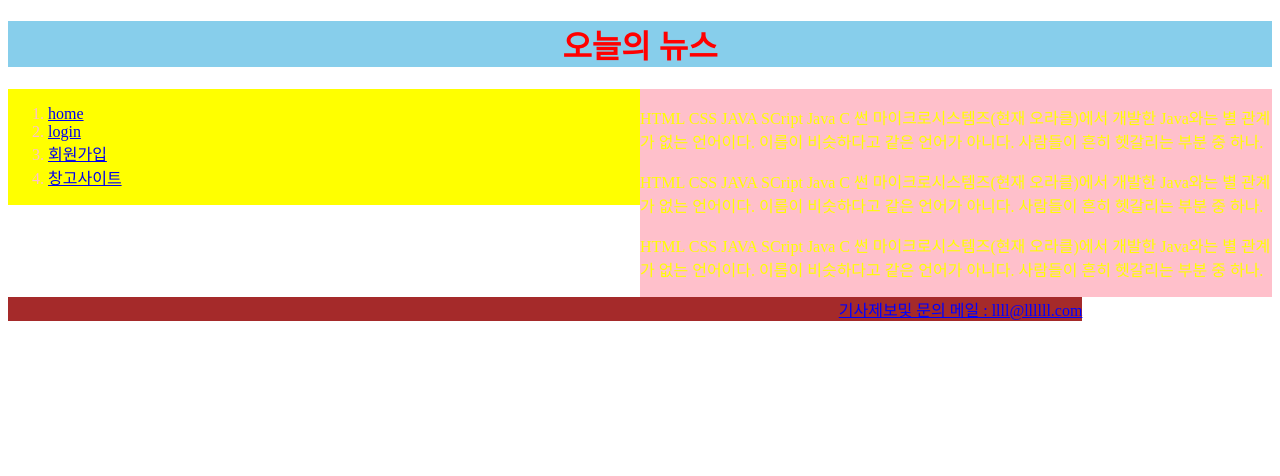
Repository: ssleap/multicampusIoT
Page: workspace190520/edu2/WebContent/test02.html
These files come from the project's save history. The page is drawn as it stood at one moment and after the next save; the edit follows.
The browser window is 1280 px wide. The pictures show the whole page.

Above is the page before, as saved 2019-05-22 06:55:53.

After the next save:
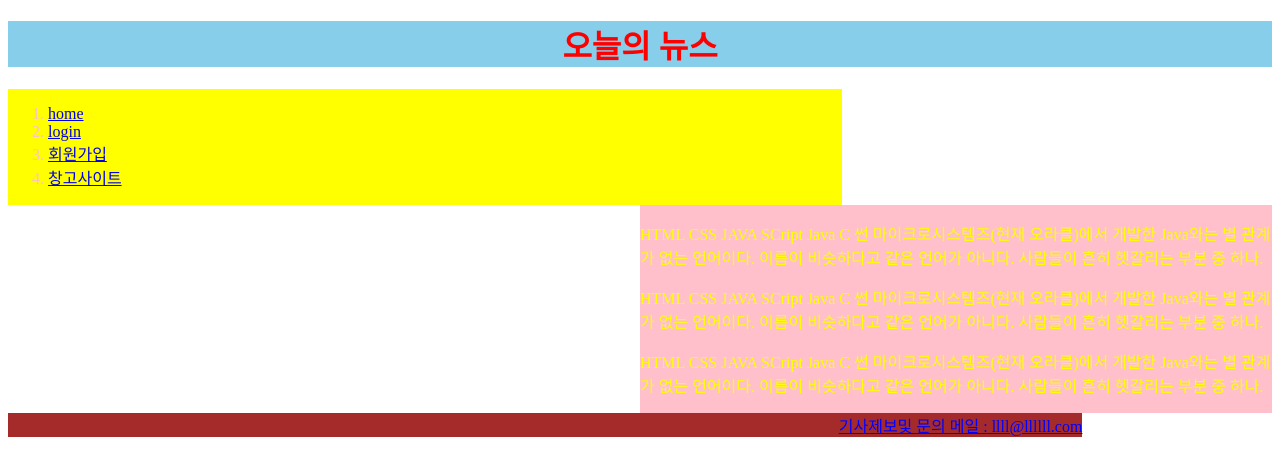
Saved 8 s later.
--- a/workspace190520/edu2/WebContent/test02.html
+++ b/workspace190520/edu2/WebContent/test02.html
@@ -26,7 +26,7 @@
 	}
 
 	#menu{
-		width : 50%;
+		width : 66%;
 		color: pink;
 		text-align: left;
 		background-color: yellow;
